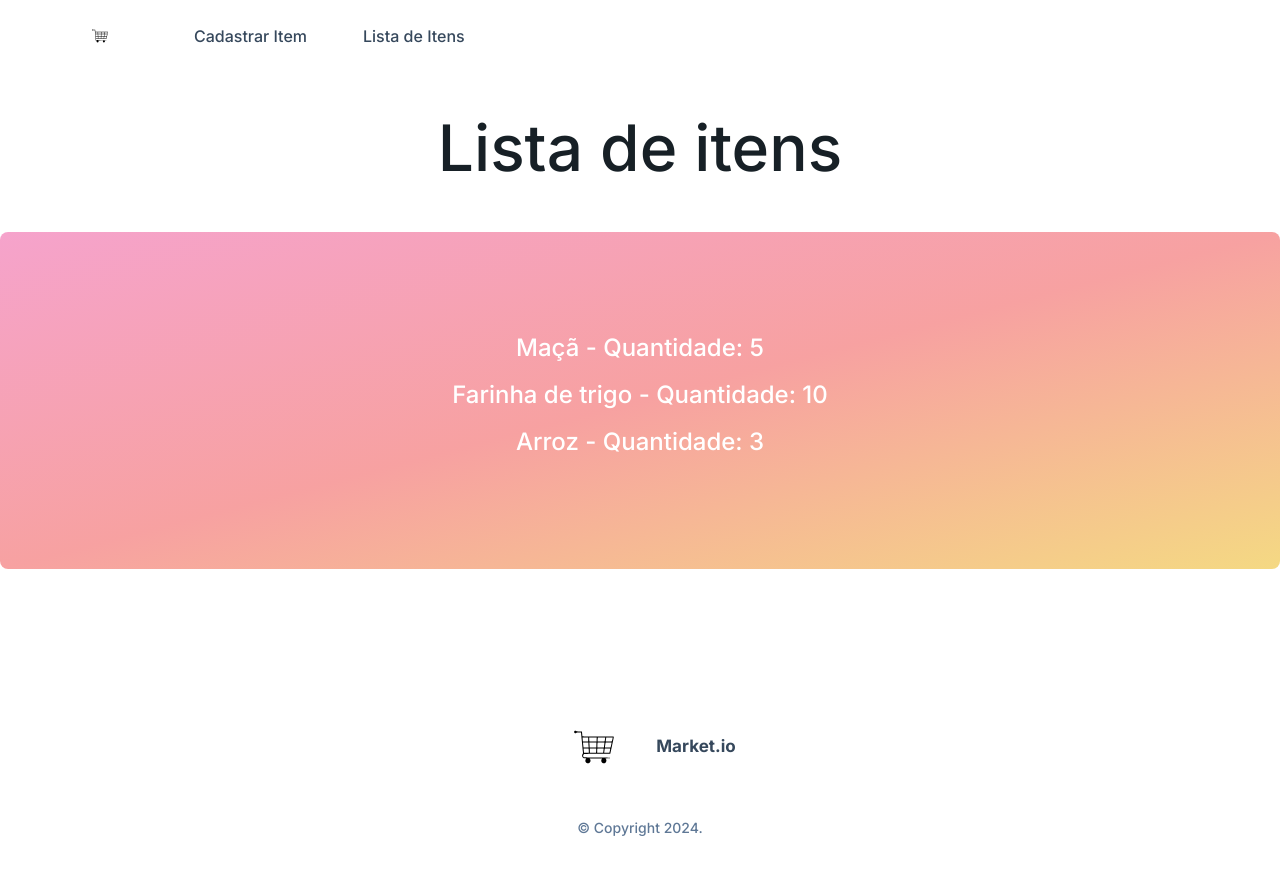
Repository: saraalves09/Avaliacao-01
Page: /list
The author's editor kept a copy of each file at every save. The page is drawn from the files as they stood at one save, then again after the next save.
The browser window is 1280 px wide. The pictures show the whole page.
The project was rebuilt for these pictures with package versions that can differ from the ones it lists, and the page was loaded fresh each time. The framework's server and built-in components were replaced by stand-ins that run in the browser. Also part of the build but not shown: next.config.mjs.

Above is the page before, as saved 2024-04-23 22:16:06.

After the next save:
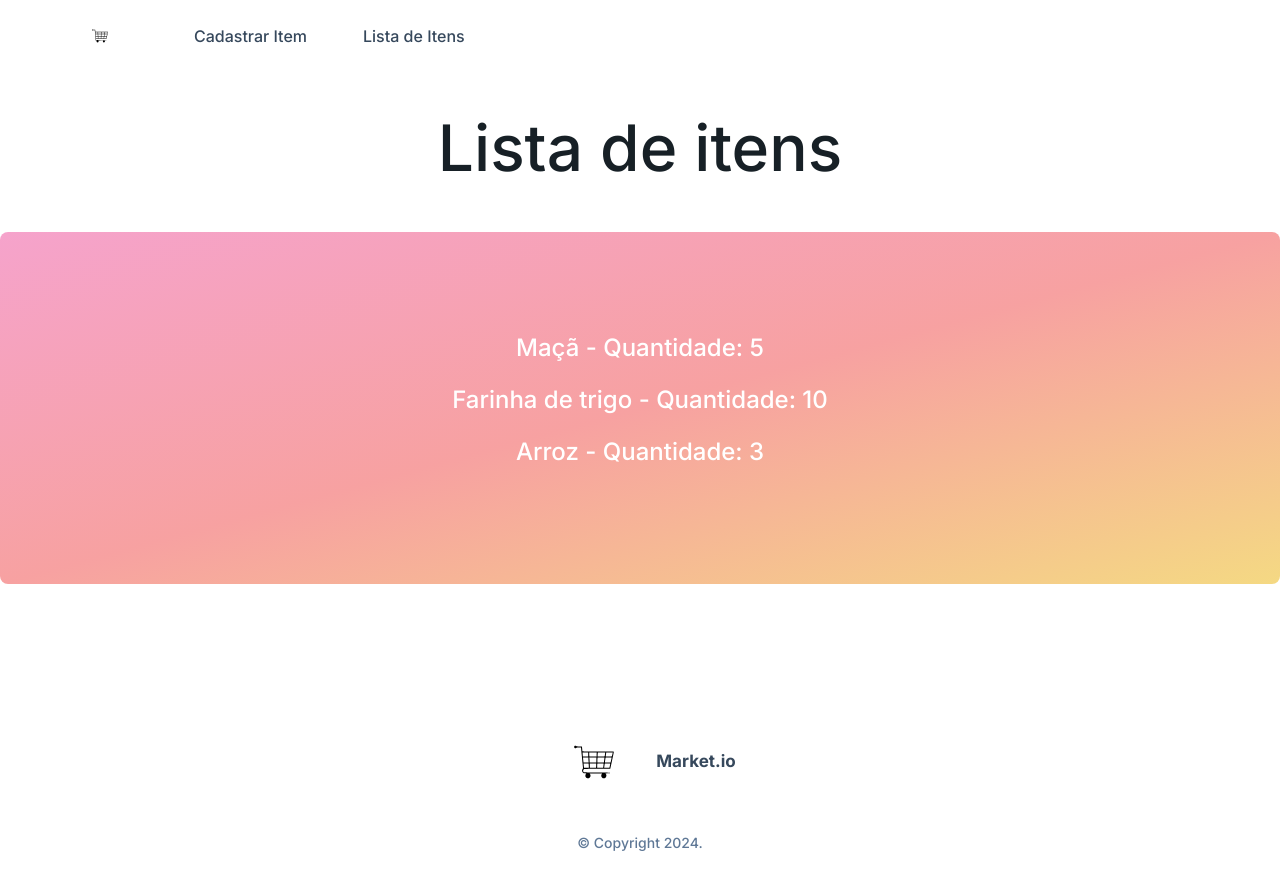
Saved 10 s later.
--- a/app/components/List.tsx
+++ b/app/components/List.tsx
@@ -10,9 +10,9 @@ export function List() {
 
       <div className="flex justify-center text-center text-[20px] text-white text-lg lg:text-2xl font-medium mb-2 lg:mb-4">
       <ul style={{ marginTop: '20px', paddingInlineStart: '0' }}>
-        <li style={{ marginBottom: '15px' }}>Maçã - Quantidade: 5</li>
-        <li style={{ marginBottom: '15px' }}>Farinha de trigo - Quantidade: 10</li>
-        <li style={{ marginBottom: '15px' }}>Arroz - Quantidade: 3</li>
+        <li style={{ marginBottom: '20px' }}>Maçã - Quantidade: 5</li>
+        <li style={{ marginBottom: '20px' }}>Farinha de trigo - Quantidade: 10</li>
+        <li style={{ marginBottom: '20px' }}>Arroz - Quantidade: 3</li>
       </ul>
       </div>
       <div className="relative flex h-full w-full justify-center">
